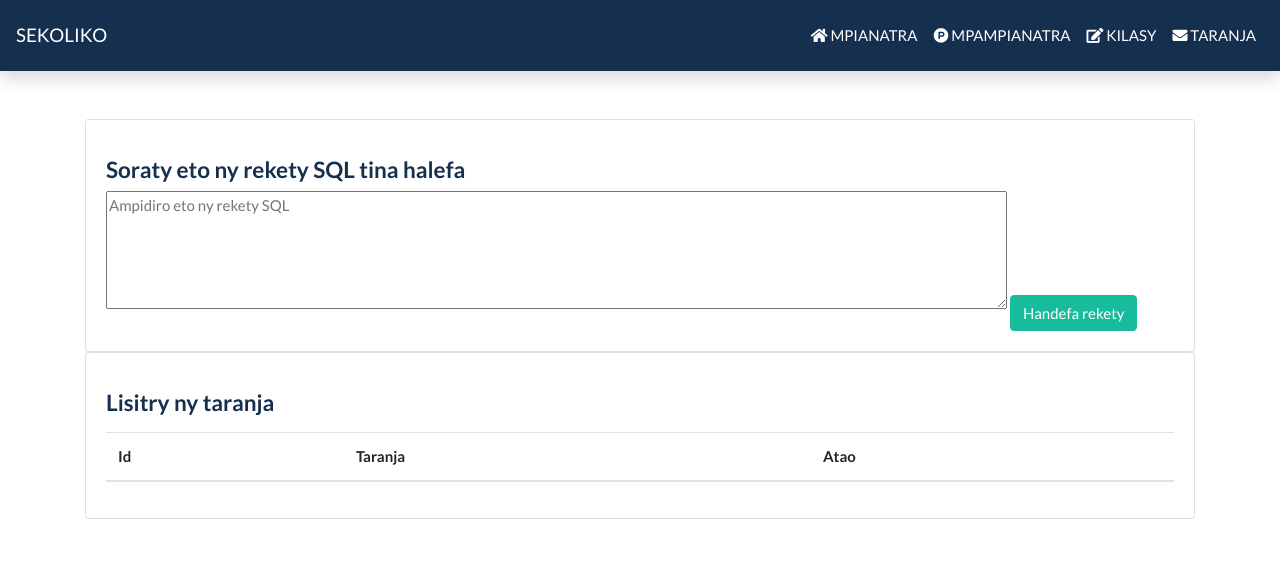
Repository: niainamahefa/j2ee-sekoliko
Page: http://localhost/Ecole/matiere
An editor plug-in stored every save of this project. The page is shown before and after the next save, followed by the edit.
The browser window is 1280 px wide. The pictures show the whole page.
The page is served by Tomcat 9. Queries for data that is not in the repository find no rows.

Above is the page before, as saved 2021-02-04 18:48:52.

After the next save:
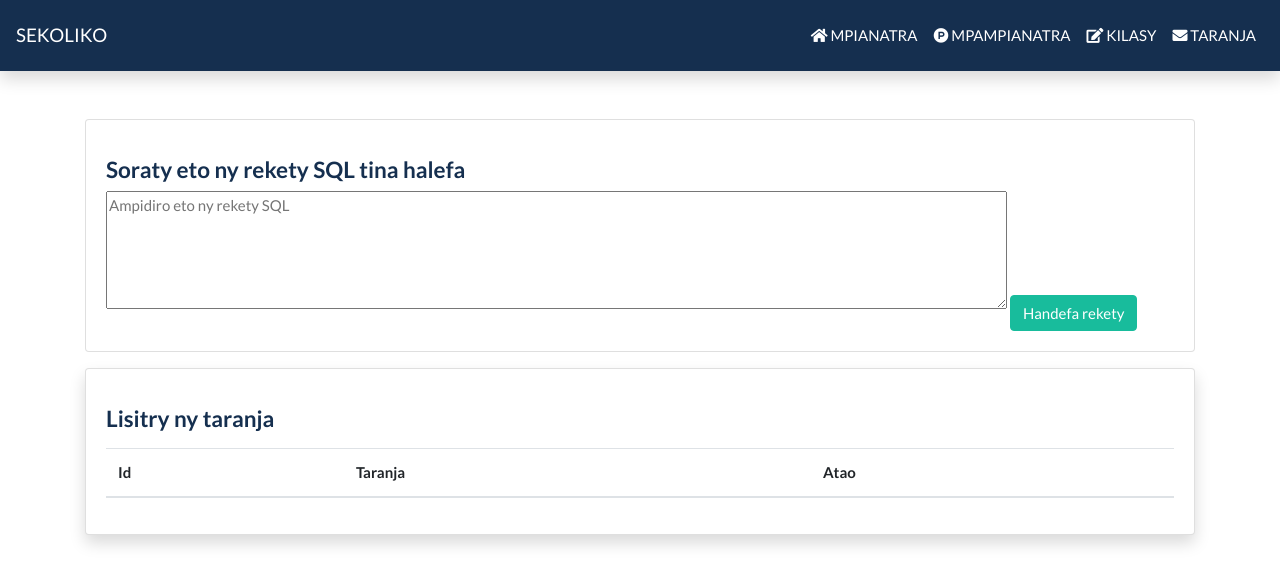
Saved 31 s later.
--- a/Ecole/WebContent/WEB-INF/matiere.jsp
+++ b/Ecole/WebContent/WEB-INF/matiere.jsp
@@ -45,7 +45,7 @@
     		</div>
     	</div>
 
-    	<div class="card">
+    	<div class="card mt-3 shadow">
     		<div class="card-body">
     			<table class="table mt-3 " id="table_charge">
     			<h4 class="text-primary mt-3 font-weight-bold">Lisitry ny taranja </h4>
